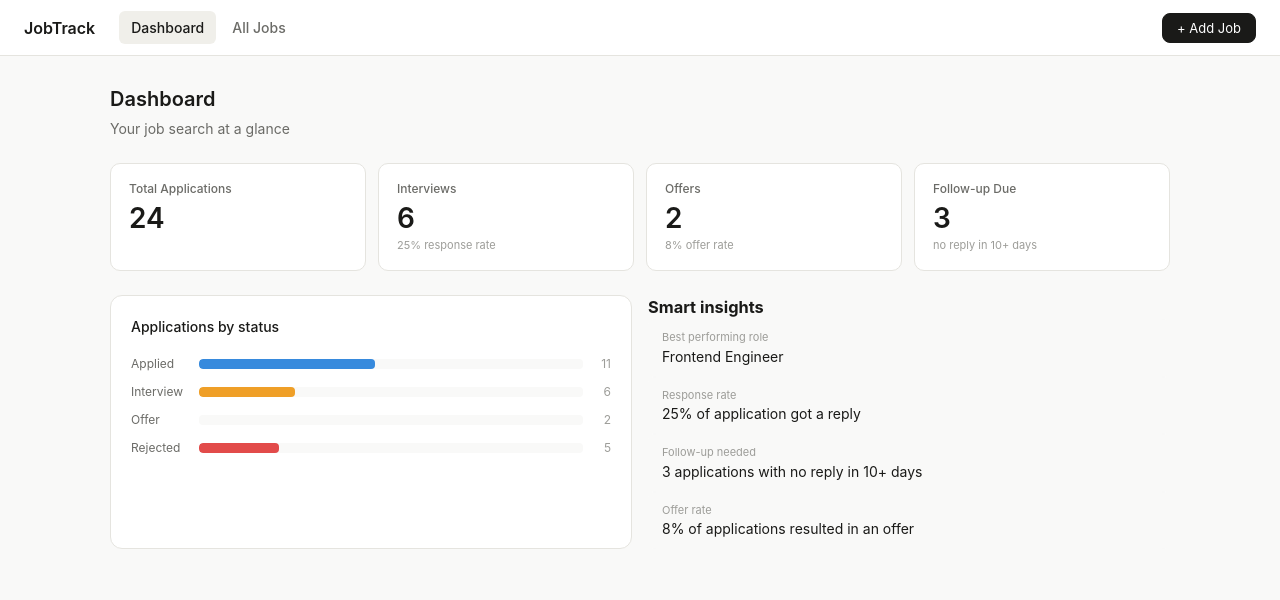
Repository: adtm0/jobtracker
Page: /dashboard (app in frontend/)
The author's editor kept a copy of each file at every save. The page is drawn from the files as they stood at one save, then again after the next save.
The browser window is 1280 px wide. The pictures show the whole page.
The project was rebuilt for these pictures with package versions that can differ from the ones it lists, and the page was loaded fresh each time. Also part of the build but not shown: frontend/vite.config.js, frontend/src/pages/Login.jsx, frontend/src/pages/Register.jsx, frontend/src/pages/Jobs.jsx, frontend/src/pages/JobForm.jsx.

Above is the page before, as saved 2026-04-19 21:41:26.

### frontend/src/main.jsx
import { StrictMode } from "react";
import React from "react";
import ReactDOM from 'react-dom/client'
import { BrowserRouter } from 'react-router-dom'
import { createRoot } from "react-dom/client";
import "./index.css";
import App from "./App.jsx";

createRoot(document.getElementById("root")).render(
  <StrictMode>
    <BrowserRouter>
      <App />
    </BrowserRouter>
  </StrictMode>,
);

### frontend/src/index.css
*, *::before, *::after {
  box-sizing: border-box;
  margin: 0;
  padding: 0;
}

body {
  font-family: -apple-system, BlinkMacSystemFont, 'Segoe UI', sans-serif;
  background: #f9f9f8;
  color: #1a1a18;
  font-size: 14px;
  line-height: 1.5;
}

main {
  max-width: 1100px;
  margin: 0 auto;
  padding: 28px 20px;
}

input, select, textarea {
  width: 100%;
  padding: 8px 12px;
  border: 1px solid #e5e4df;
  border-radius: 8px;
  font-size: 14px;
  font-family: inherit;
  outline: none;
}

input:focus, select:focus, textarea:focus {
  border-color: #185FA5;
}

button {
  cursor: pointer;
  font-family: inherit;
  font-size: 14px;
  border-radius: 8px;
  border: 1px solid #e5e4df;
  background: #fff;
  padding: 8px 16px;
}

button:hover {
  background: #f9f9f8;
}

.btn-primary {
  background: #1a1a18;
  color: #fff;
  border-color: #1a1a18;
}

.btn-primary:hover {
  background: #333;
}

label {
  display: block;
  font-size: 12px;
  font-weight: 500;
  color: #6b6b67;
  margin-bottom: 5px;
}

### frontend/src/App.jsx
import {Routes, Route} from 'react-router-dom'
import Login from './pages/Login'
import Register from './pages/Register'
import Dashboard from './pages/Dashboard'
import Jobs from './pages/Jobs'
import JobForm from './pages/JobForm'
import Navbar from './components/Navbar'

function Layout({ children }) {
  return (
    <>
      <Navbar />
      <main>
        {children}
      </main>
    </>
  );
}

function App() {

  return (
    <Routes>
      <Route path='/login' element={<Login />} />
      <Route path='/register' element={<Register />} />
      <Route path='/dashboard' element={<Layout><Dashboard /></Layout>} />
      <Route path='/jobs' element={<Layout><Jobs /></Layout>} />
      <Route path='/jobs/new' element={<Layout><JobForm /></Layout>} />
    </Routes>
  )
}

export default App

### frontend/src/pages/Dashboard.jsx
const MOCK_STATS = {
  total: 24,
  applied: 11,
  interview: 6,
  offer: 2,
  rejected: 5,
  response_rate: 25,
  offer_rate: 8,
  follow_up_due: 3,
  best_role: "Frontend Engineer",
};
export default function Dashboard() {
  const stats = MOCK_STATS;

  return (
    <div>
      <div style={{ marginBottom: 24 }}>
        <h2 style={{ fontSize: 20, fontWeight: 600 }}>Dashboard</h2>
        <p style={{ color: "#6b6b67", marginTop: 4 }}>
          Your job search at a glance
        </p>
      </div>

      {/* stat cards */}
      <div
        style={{
          display: "grid",
          gridTemplateColumns: "repeat(4, 1fr)",
          gap: 12,
          marginBottom: 24,
        }}
      >
        {[
          { label: "Total Applications", value: stats.total },
          {
            label: "Interviews",
            value: stats.interview,
            sub: `${stats.response_rate}% response rate`,
          },
          {
            label: "Offers",
            value: stats.offer,
            sub: `${stats.offer_rate}% offer rate`,
          },
          {
            label: "Follow-up Due",
            value: stats.follow_up_due,
            sub: "no reply in 10+ days",
          },
        ].map(({ label, value, sub }) => (
          <div
            key={label}
            style={{
              background: "#fff",
              border: "1px solid #e5e4df",
              borderRadius: 10,
              padding: "16px 18px",
            }}
          >
            <div
              style={{
                fontSize: 12,
                color: "#6b6b67",
                fontWeight: 500,
                marginBottom: 6,
              }}
            >
              {label}
            </div>
            <div style={{ fontSize: 28, fontWeight: 600, lineHeight: 1 }}>
              {value}
            </div>
            {sub && (
              <div style={{ fontSize: 11, color: "#9d9d99", marginTop: 5 }}>
                {sub}
              </div>
            )}
          </div>
        ))}
      </div>

      {/* bottom section */}
      <div style={{ display: "grid", gridTemplateColumns: "1fr 1fr", gap: 16 }}>
        {/* status breakdown */}
        <div
          style={{
            background: "#fff",
            border: "1px solid #e5e4df",
            borderRadius: 12,
            padding: 20,
          }}
        >
          <h3 style={{ fontWeight: 500, fontSize: 14, marginBottom: 18 }}>
            Applications by status
          </h3>
          <div style={{ display: "flex", flexDirection: "column", gap: 10 }}>
            {[
              {
                label: "Applied",
                value: stats.applied,
                total: stats.total,
                color: "#378ADD",
              },
              {
                label: "Interview",
                value: stats.interview,
                total: stats.total,
                color: "#EF9F27",
              },
              {
                label: "Offer",
                value: stats.offer,
                total: stats.total,
                color: "#63922",
              },
              {
                label: "Rejected",
                value: stats.rejected,
                total: stats.total,
                color: "#E24B4A",
              },
            ].map(({ label, value, total, color }) => (
              <div
                key={label}
                style={{ display: "flex", alignItems: "center", gap: 8 }}
              >
                <span style={{ fontSize: 12, color: "#6b6b67", width: 60 }}>
                  {label}
                </span>
                <div
                  style={{
                    flex: 1,
                    background: "#f9f9f8",
                    borderRadius: 4,
                    height: 10,
                    overflow: "hidden",
                  }}
                >
                  <div
                    style={{
                      width: `${(value / total) * 100}%`,
                      height: "100%",
                      background: color,
                      borderRadius: 4,
                    }}
                  />
                </div>
                <span
                  style={{
                    fontSize: 12,
                    color: "#9d9d99",
                    width: 20,
                    textAlign: "right",
                  }}
                >
                  {value}
                </span>
              </div>
            ))}
          </div>
        </div>

        {/* insights */}
        <div>
          <h3>Smart insights</h3>
          <div>
            {[
              { label: 'Best performing role', value: stats.best_role},
              { label: 'Response rate', value: `${stats.response_rate}% of application got a reply`},
              { label: 'Follow-up needed', value: `${stats.follow_up_due} applications with no reply in 10+ days`},
              { label: 'Offer rate', value: `${stats.offer_rate}% of applications resulted in an offer`},
            ].map(({ label, value }) => (
              <div key={label} style={{background: '#f9f9f8', borderRadius: 8, padding: '10px 14px'}}>
                <div style={{fontSize: 11, color: '#9d9d99'}}>{label}</div>
                <div>{value}</div>
              </div>
            ))}
          </div>
        </div>
      </div>
    </div>
  );
}

### frontend/src/components/Navbar.jsx
import { NavLink } from "react-router-dom";

export default function Navbar() {
  return (
    <nav
      style={{
        background: "#fff",
        borderBottom: "1px solid #e5e4df",
        padding: "0 24px",
        height: 56,
        display: "flex",
        alignItems: "center",
        justifyContent: "space-between",
        position: "sticky",
        top: 0,
        zIndex: 100,
      }}
    >
      <div style={{ display: "flex", alignItems: "center", gap: 4 }}>
        <span style={{ fontWeight: 600, fontSize: 16, marginRight: 20 }}>
          JobTrack
        </span>
        <NavLink to="/dashboard" style={linkStyle}>
          Dashboard
        </NavLink>
        <NavLink to="/jobs" style={linkStyle}>
          All Jobs
        </NavLink>
      </div>
      <NavLink to="/jobs/new" style={{ textDecoration: "none" }}>
        <button
          className="btn-primary"
          style={{ fontSize: 13, padding: "6px 14px" }}
        >
          + Add Job
        </button>
      </NavLink>
    </nav>
  );
}

const linkStyle = ({ isActive }) => ({
  textDecoration: "none",
  fontSize: 14,
  fontWeight: 500,
  padding: '6px 12px',
  borderRadius: 6,
  color: isActive ? '#1a1a18' : '#6b6b67',
  background: isActive ? '#f0efea' : 'transparent'
});

After the next save:
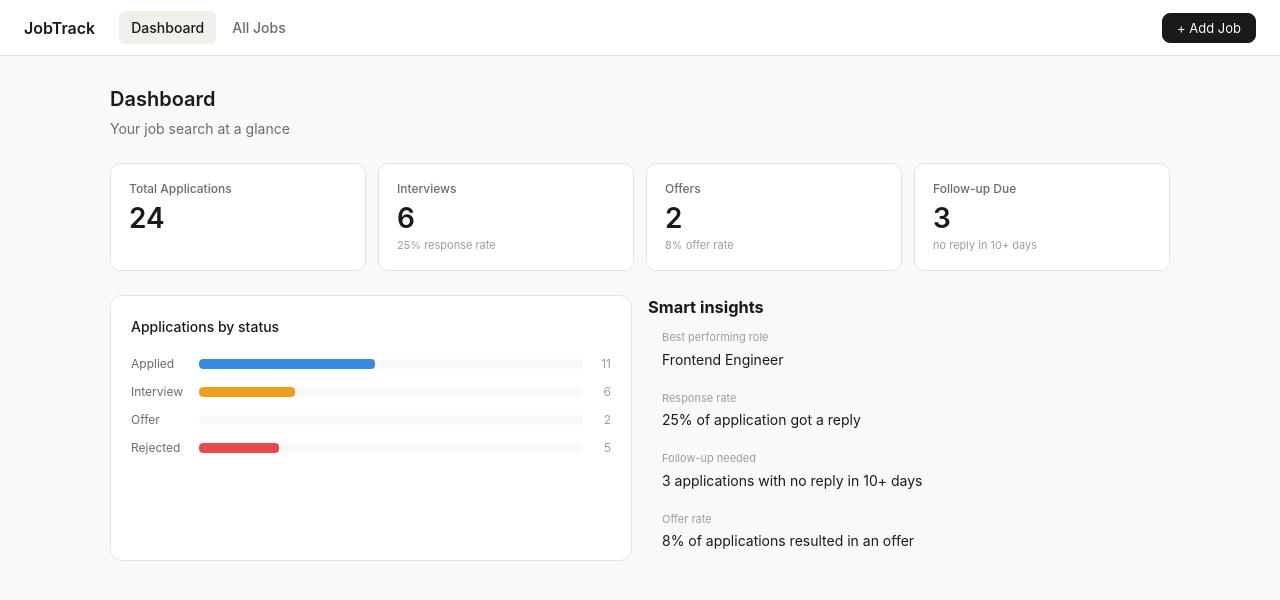
Saved 8 s later.
--- a/frontend/src/pages/Dashboard.jsx
+++ b/frontend/src/pages/Dashboard.jsx
@@ -171,7 +171,7 @@ export default function Dashboard() {
               { label: 'Offer rate', value: `${stats.offer_rate}% of applications resulted in an offer`},
             ].map(({ label, value }) => (
               <div key={label} style={{background: '#f9f9f8', borderRadius: 8, padding: '10px 14px'}}>
-                <div style={{fontSize: 11, color: '#9d9d99'}}>{label}</div>
+                <div style={{fontSize: 11, color: '#9d9d99', marginBottom: 3}}>{label}</div>
                 <div>{value}</div>
               </div>
             ))}
